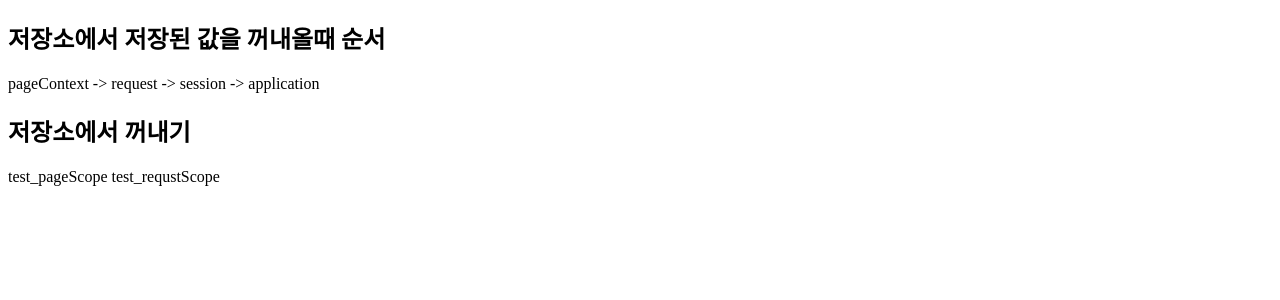
Repository: mvcfvsgdj/javaee
Page: http://localhost/ELprj0908/el5
The author's editor kept a copy of each file at every save. The page is drawn from the files as they stood at one save, then again after the next save.
The browser window is 1280 px wide. The pictures show the whole page.
The page is served by Tomcat 9. Other server files are loaded and not shown.

Above is the page before, as saved 2023-09-08 02:07:26.

### ELprj0908/src/main/webapp/WEB-INF/views/el5.jsp
<%@ page language="java" contentType="text/html; charset=UTF-8"
    pageEncoding="UTF-8"%>
    <%@ taglib uri="http://java.sun.com/jsp/jstl/core" prefix="c" %>
<!DOCTYPE html>
<html>
<head>
<meta charset="UTF-8">
<title>Insert title here</title>
</head>
<body>

<h2>저장소에서 저장된 값을 꺼내올때 순서</h2>
pageContext -> request -> session -> application

<h2> 저장소에서 꺼내기 </h2>
<%

pageContext.setAttribute("test", "test_pageScope");
request.setAttribute("test", "test_requstScope");
session.setAttribute("test", "test_sessionScope");
application.setAttribute("test", "test_applicationScope");
%>

${test}

${requestScope.test}
</body>
</html>

### ELprj0908/src/main/java/elprj/El5.java
package elprj;

import java.io.IOException;

import javax.servlet.ServletException;
import javax.servlet.annotation.WebServlet;
import javax.servlet.http.HttpServlet;
import javax.servlet.http.HttpServletRequest;
import javax.servlet.http.HttpServletResponse;

@WebServlet("/el5")
public class El5 extends HttpServlet{

	@Override
	protected void doGet(HttpServletRequest req, HttpServletResponse resp) throws ServletException, IOException {

		req.setAttribute("data", "hi el");
	req.getRequestDispatcher("WEB-INF/views/el5.jsp").forward(req, resp);
	}
}

After the next save:
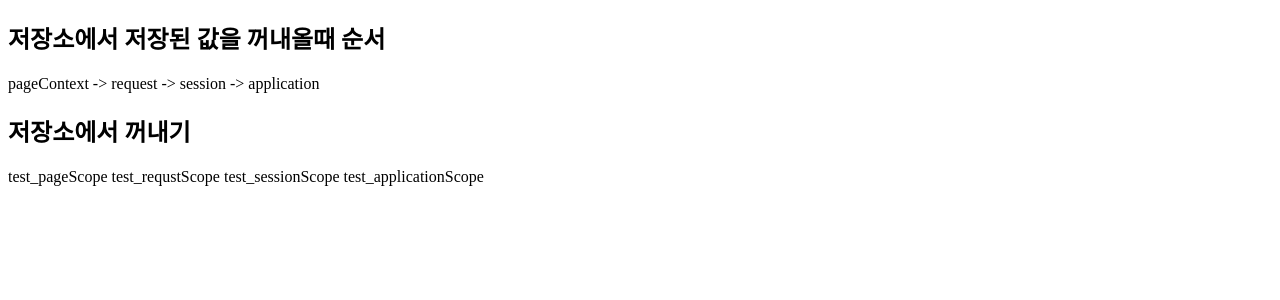
Saved 32 s later.
--- a/ELprj0908/src/main/webapp/WEB-INF/views/el5.jsp
+++ b/ELprj0908/src/main/webapp/WEB-INF/views/el5.jsp
@@ -24,5 +24,7 @@ application.setAttribute("test", "test_applicationScope");
 ${test}
 
 ${requestScope.test}
+${sessionScope.test}
+${applicationScope.test}
 </body>
 </html>
